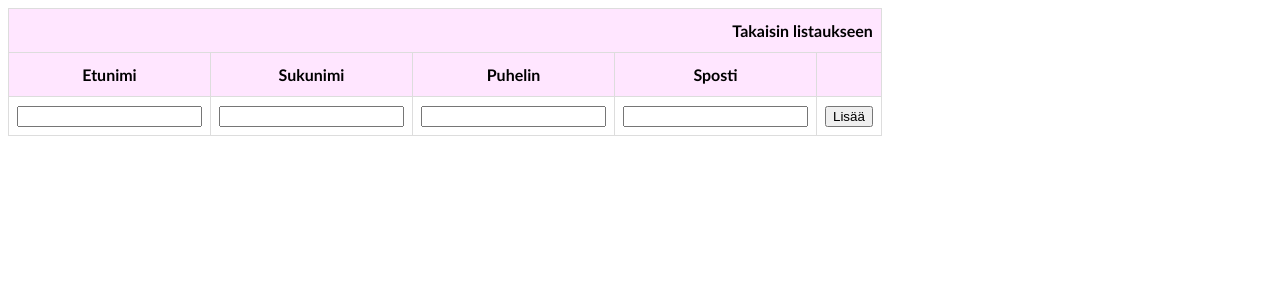
Repository: santraaj/Asiakkaat
Page: http://localhost/Asiakkaat/muutaasiakas.jsp
An editor plug-in stored every save of this project. The page is shown before and after the next save, followed by the edit.
The browser window is 1280 px wide. The pictures show the whole page.
The page is served by Tomcat 9. Other server files are loaded and not shown.

Above is the page before, as saved 2020-05-09 15:24:42.

### Asiakkaat/WebContent/muutaasiakas.jsp
<%@ page language="java" contentType="text/html; charset=ISO-8859-1"
    pageEncoding="ISO-8859-1"%>
<!DOCTYPE html>
<html>
<head>
<meta charset="ISO-8859-1">
<script src="scripts/main.js"></script>
<script src="https://ajax.googleapis.com/ajax/libs/jquery/3.4.1/jquery.min.js"></script>
<script src="http://ajax.aspnetcdn.com/ajax/jquery.validate/1.15.0/jquery.validate.min.js"></script>
<link rel = "stylesheet" type = "text/css" href = "css/main.css">
<title>Asiakkaan tietojen muuttaminen</title>
</head>
<body>
<form id="tiedot">
	<table>
		<thead>
			<tr>
				<th colspan="5" class="oikealle"><span id="takaisin">Takaisin listaukseen</span></th>
			</tr>
			<tr>
				<th>Etunimi</th>
				<th>Sukunimi</th>
				<th>Puhelin</th>
				<th>Sposti</th>
				<th></th>
			</tr>
		</thead>
		<tbody>
			<tr>
				<td><input type="text" name="etunimi" id="etunimi"></td>
				<td><input type="text" name="sukunimi" id="sukunimi"></td>
				<td><input type="text" name="puhelin" id="puhelin"></td>
				<td><input type="text" name="sposti" id="sposti"></td>
				<td><input type="submit" id="tallenna" value="Lisää"></td>
			</tr>
		</tbody>
	</table>
</form>
<span id="ilmo"></span>
</body>
<script>
$(document).ready(function(){

});
</script>
</html>

### Asiakkaat/WebContent/scripts/main.js
function requestURLParam(sParam) {
    var sPageURL = window.location.search.substring(1);
    var sURLVariables = sPageURL.split("&");
    for (var i = 0; i < sURLVariables.length; i++){
        var sParameterName = sURLVariables[i].split("=");
        if(sParameterName[0] == sParam) {
            return sParameterName[1];
        }
    }
}

function formDataJsonStr(formArray) {
	var returnArray = {};
	for (var i = 0; i < formArray.length; i++) {
		returnArray[formArray[i]['name']] = formArray[i]['value'];
	}
	return JSON.stringify(returnArray);
}

### Asiakkaat/WebContent/css/main.css
#listaus {
	font-family: "Trebuchet MS", Arial, sans-serif;
	border: 1px solid black;
	border-collapse: collapse;
	width: 40%;
}

 #tiedot table	 {
	font-family: "Trebuchet MS", Arial, sans-serif;
	border: 1px solid black;
	border-collapse: collapse;
	width: 60%;
}

#listaus thead th, #listaus tbody td, #tiedot thead th, #tiedot tbody td {
  border: 1px solid #ddd;
  padding: 8px;
}

#listaus thead th, #tiedot thead th {
	padding-top: 12px;
	padding-bottom: 12px;
	background-color: #ffe6ff;
	color: black;
}

#listaus tbody tr:nth-child(even){
	background-color: #f2f2f2;}

#listaus tbody tr:hover {background-color: #ddd;}

#tiedot tbody tr:hover {background-color: #ddd;}

.oikealle {
	text-align: right;
}

.vasemmalle {
	text-align: left;
}

#uusiAsiakas, #takaisin {
	cursor: pointer;
}

.poista {
	color: red;
	cursor: pointer;
}

After the next save:
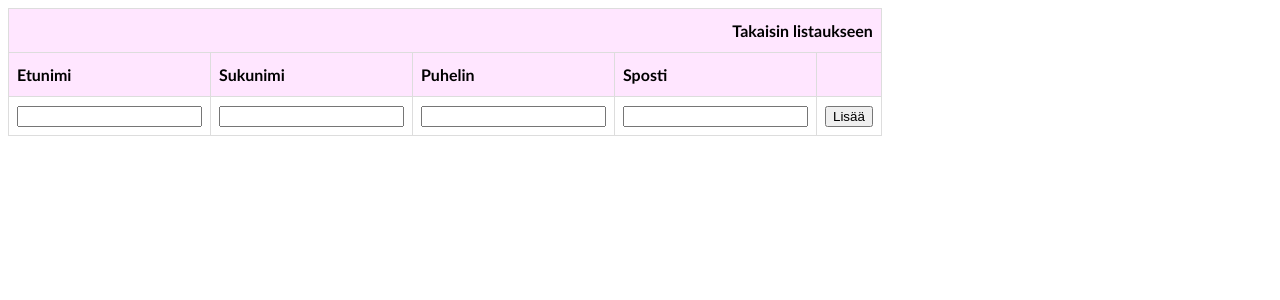
Saved 30 s later.
--- a/Asiakkaat/WebContent/muutaasiakas.jsp
+++ b/Asiakkaat/WebContent/muutaasiakas.jsp
@@ -18,10 +18,10 @@
 				<th colspan="5" class="oikealle"><span id="takaisin">Takaisin listaukseen</span></th>
 			</tr>
 			<tr>
-				<th>Etunimi</th>
-				<th>Sukunimi</th>
-				<th>Puhelin</th>
-				<th>Sposti</th>
+				<th class = "vasemmalle">Etunimi</th>
+				<th class = "vasemmalle">Sukunimi</th>
+				<th class = "vasemmalle">Puhelin</th>
+				<th class = "vasemmalle">Sposti</th>
 				<th></th>
 			</tr>
 		</thead>
